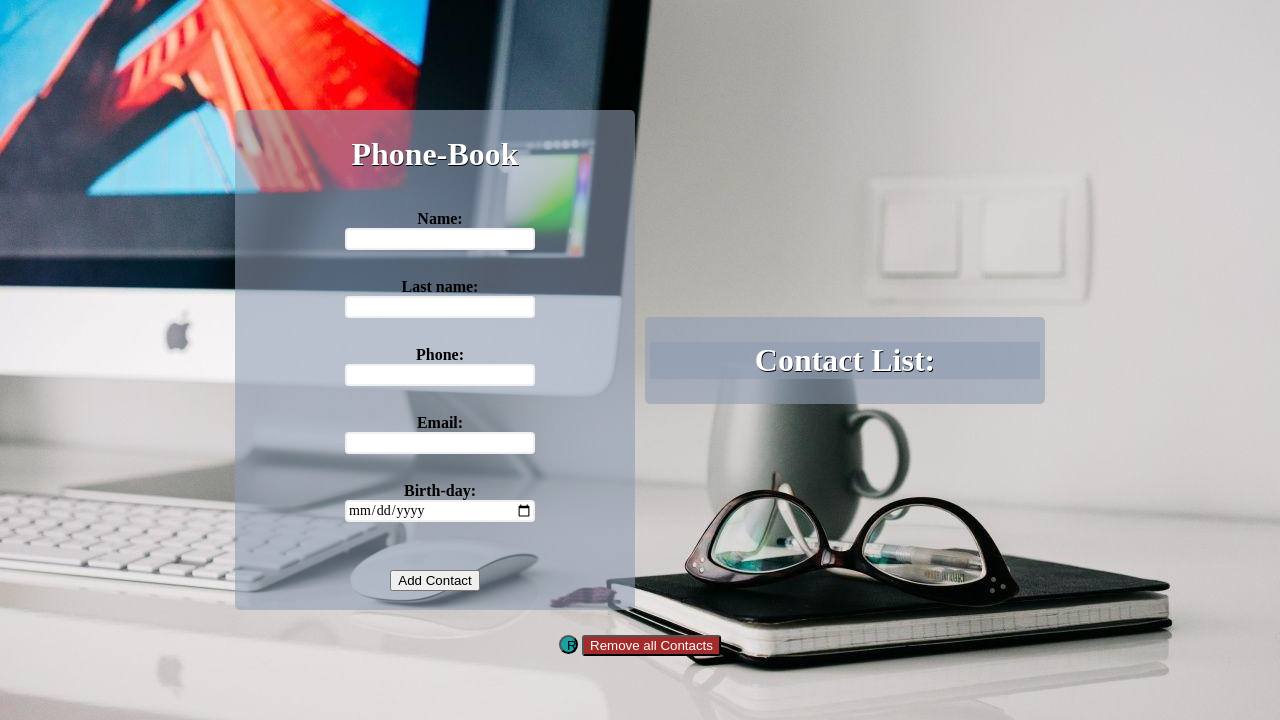
Repository: STA1357/Phone-book
Page: Inner.html
An editor plug-in stored every save of this project. The page is shown before and after the next save, followed by the edit.
The browser window is 1280 px wide. The pictures show the whole page.

Above is the page before, as saved 2020-12-12 17:52:08.

After the next save:
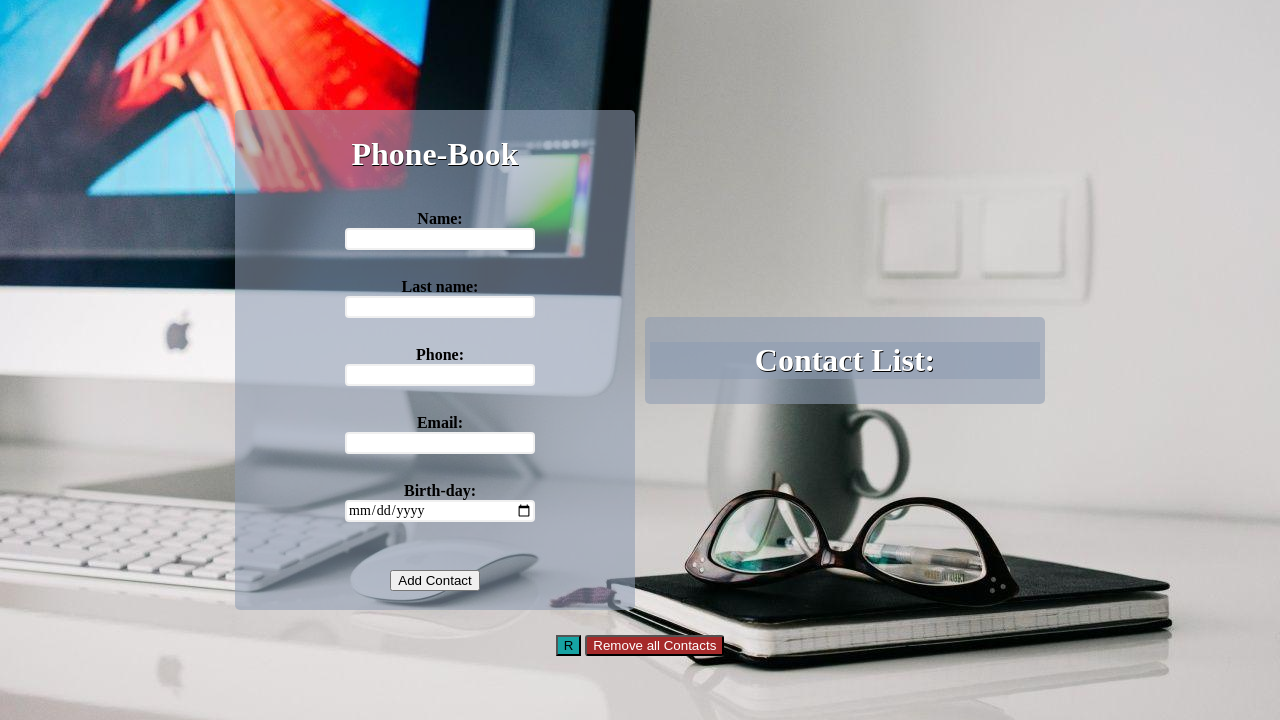
Saved 36 s later.
--- a/styles.css
+++ b/styles.css
@@ -91,9 +91,6 @@ label{
 }
 
 .restBtn{
-    width: 19px;
-    height: 19px;
-    border-radius: 50%;
     background-color: rgb(22, 163, 163);
     text-align: center;
 }
